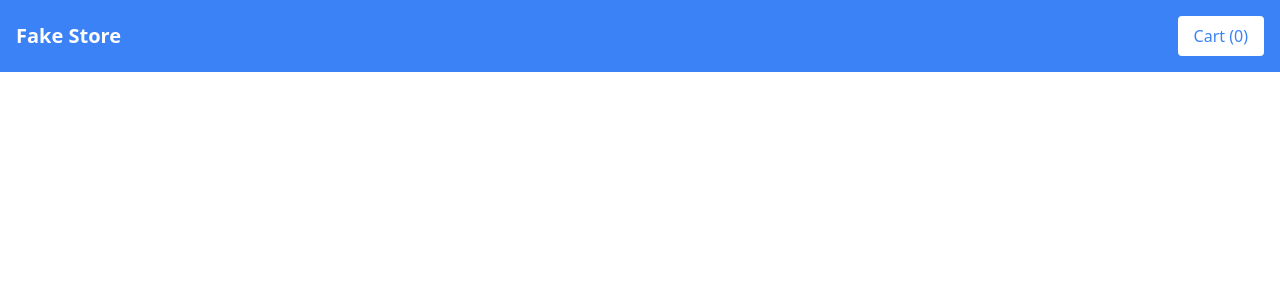
Repository: Meenakshi-commits/cart_app
Page: /
These files come from the project's save history. The page is drawn as it stood at one moment and after the next save; the edit follows.
The browser window is 1280 px wide. The pictures show the whole page.
The page's requests for data from a server got no answer. The project was rebuilt for these pictures with package versions that can differ from the ones it lists, and the page was loaded fresh each time. No one was signed in, and anything a server would have sent is missing. Also part of the build but not shown: vite.config.js, src/components/ProductCard.jsx, src/components/CartModal.jsx.

Above is the page before, as saved 2025-01-07 18:06:51.

After the next save:
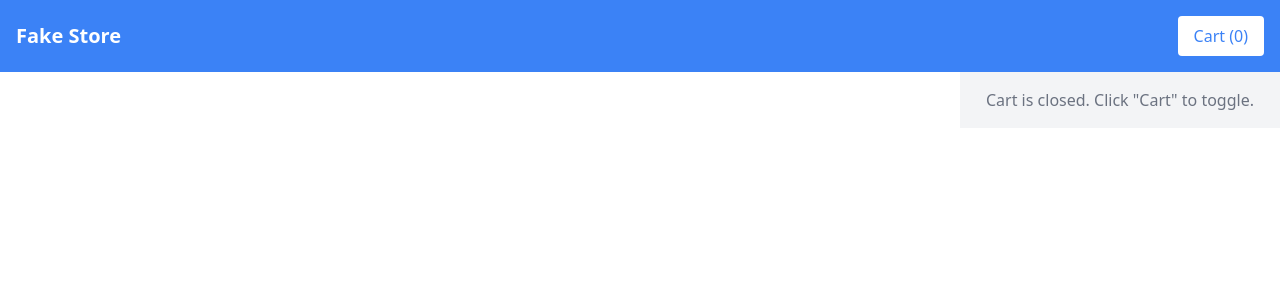
Saved 68 min 8 s later.
--- a/src/App.jsx
+++ b/src/App.jsx
@@ -39,13 +39,17 @@ const App = () => {
           <ProductList products={products} addToCart={addToCart} />
         </div>
         {/* Right Section - Cart Modal */}
-        <div className="w-1/4 p-4">
-          {isCartModalOpen && (
+        <div className="w-1/4 p-4 bg-gray-100">
+          {isCartModalOpen ? (
             <CartModal
               cart={cart}
               removeFromCart={removeFromCart}
               toggleCartModal={toggleCartModal}
             />
+          ) : (
+            <div className="flex justify-center items-center h-full">
+              <p className="text-gray-500">Cart is closed. Click "Cart" to toggle.</p>
+            </div>
           )}
         </div>
       </div>
